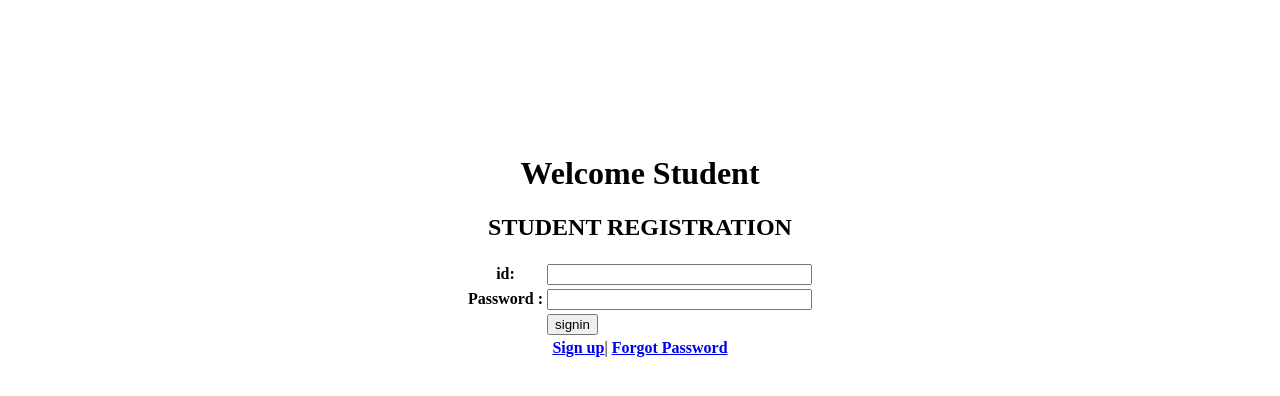
Repository: sachinmandloi1921/AdvanceJava
Page: http://localhost/Advance_Maven/loginview.jsp
An editor plug-in stored every save of this project. The page is shown before and after the next save, followed by the edit.
The browser window is 1280 px wide. The pictures show the whole page.
The page is served by Tomcat 9.

Above is the page before, as saved 2022-07-14 10:02:11.

After the next save:
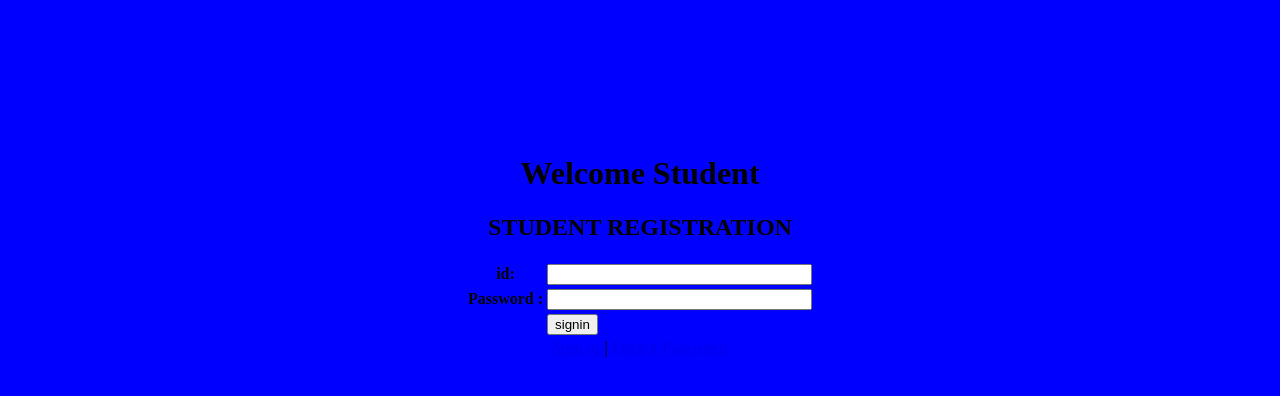
Saved 53 s later.
--- a/Advance Workspace/Advance_Maven/src/main/webapp/loginview.jsp
+++ b/Advance Workspace/Advance_Maven/src/main/webapp/loginview.jsp
@@ -7,7 +7,7 @@
 <meta charset="ISO-8859-1">
 <title>Insert title here</title>
 </head>
-<body style=""background-color:powderblue">
+<body style="background-color:blue">
 	<form action="loginctrl" method="post">
 		<br> <br> <br> <br> <br> <br> <br>
 		<%
